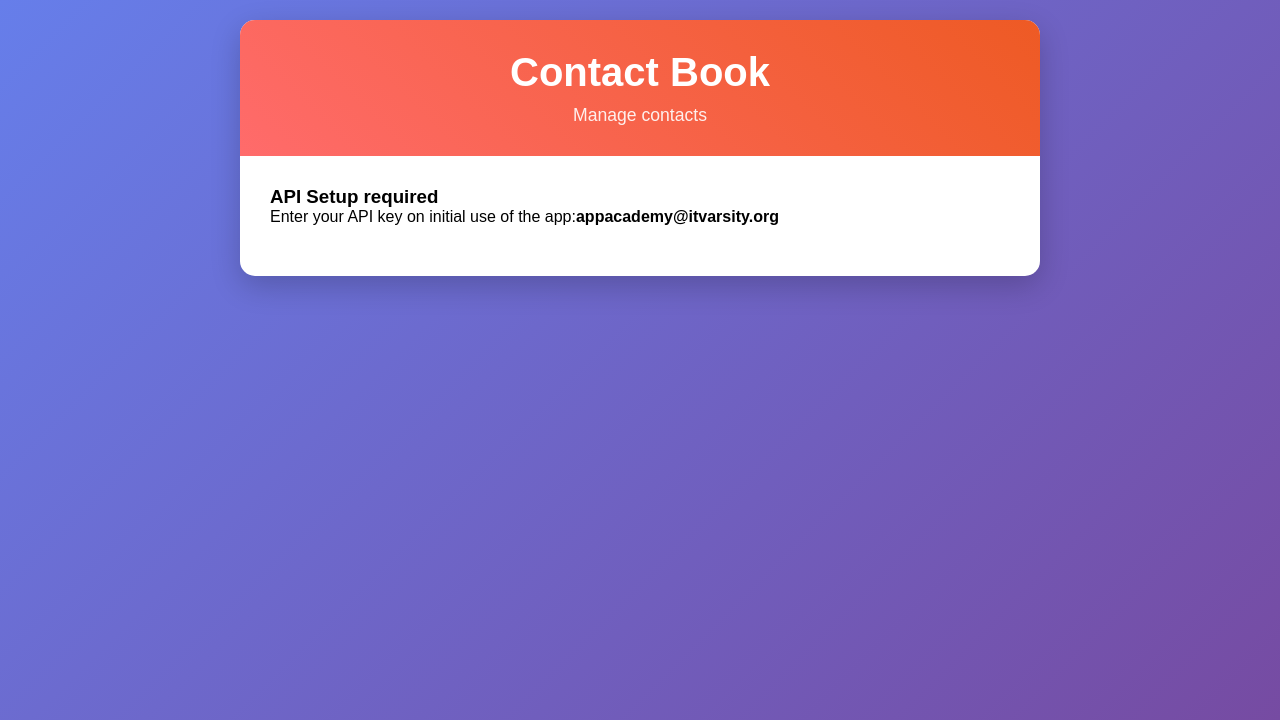
Repository: Mantombi81/Moznana-Contact
Page: index.html
An editor plug-in stored every save of this project. The page is shown before and after a run of saves, followed by the edit.
The browser window is 1280 px wide. The pictures show the whole page.

Above is the page before, as saved 2025-06-11 21:48:30.

### index.html
<!DOCTYPE html>
<html lang="en">
<head>
    <meta charset="UTF-8">
    <meta name="viewport" content="width=device-width, initial-scale=1.0">
    <title>Mozi Contact Book(API's)</title>
    <link rel="stylesheet" href="style.css">
</head>
<body>
    <div class="container">
        <div class="header">
            <h1>Contact Book</h1>
            <p>Manage contacts</p>
        </div>

        <div class="content">
            <!-- API set-up page -->
             <div id="setupPage" class="page active">
             <div class="api-set-up">
                <h3>API Setup required</h3>
                <p>Enter your API key on initial use of the app:<strong>appacademy@itvarsity.org</strong></p>
             </div>
             <div class="form-group">
                <label for="apiKeyInput"></label>
             </div>
             </div>
        </div>

    </div>

</body>
</html>

### style.css
* {
    margin: 0;
    padding: 0;
    box-sizing: border-box;
}

body {
    font-family: Arial, sans-serif;
    background: linear-gradient(135deg, #667eea 0%, #764ba2 100%);
    min-height: 100vh;
    padding: 20px;
}

.container {
    max-width: 800px;
    margin: 0 auto;
    background: white;
    border-radius: 15px;
    box-shadow: 0 10px 30px rgba(0, 0, 0, 0.2);
    overflow: hidden;
}

.header {
    background: linear-gradient(45deg, #ff6b6b, #ee5a24);
    color: white;
    padding: 30px;
    text-align: center;
}

.header h1 {
    font-size: 2.5rem;
    margin-bottom: 10px;
}

.header p {
    font-size: 1.1rem;
    opacity: 0.9;
}

.content {
    padding: 30px;
}

.api-setup {
    background: #f8f9fa;
    border-radius: 10px;
    padding: 20px;
    margin-bottom: 30px;
    border-left: 4px solid #ff6b6b;
}

.api-setup h3 {
    color: #ff6b6b;
    margin-bottom: 15px;
}

.form-group {
    margin-bottom: 20px;
}

.form-group label {
    display: block;
    margin-bottom: 8px;
    font-weight: bold;
    color: #333;
}

.form-group input,
.form-group select {
    width: 100%;
    padding: 12px;
    border: 2px solid #e1e8ed;
    border-radius: 8px;
    font-size: 16px;
    transition: border-color 0.3s ease;
}

.form-group input:focus,
.form-group select:focus {
    outline: none;
    border-color: #ff6b6b;
}

.btn {
    background: linear-gradient(45deg, #ff6b6b, #ee5a24);
    color: white;
    border: none;
    padding: 12px 25px;
    border-radius: 8px;
    cursor: pointer;
    font-size: 16px;
    font-weight: bold;
    margin: 5px;
    transition: transform 0.2s ease, box-shadow 0.2s ease;
}

.btn:hover {
    transform: translateY(-2px);
    box-shadow: 0 5px 15px rgba(255, 107, 107, 0.3);
}

.btn-secondary {
    background: linear-gradient(45deg, #54a0ff, #2e86de);
}

.btn-danger {
    background: linear-gradient(45deg, #ff3838, #ff4757);
}

.btn-success {
    background: linear-gradient(45deg, #1dd1a1, #10ac84);
}

.contacts-grid {
    display: grid;
    grid-template-columns: repeat(auto-fill, minmax(300px, 1fr));
    gap: 20px;
    margin-top: 20px;
}

.contact-card {
    background: white;
    border-radius: 12px;
    padding: 20px;
    box-shadow: 0 4px 15px rgba(0, 0, 0, 0.1);
    border: 1px solid #e1e8ed;
    transition: transform 0.2s ease, box-shadow 0.2s ease;
}

.contact-card:hover {
    transform: translateY(-5px);
    box-shadow: 0 8px 25px rgba(0, 0, 0, 0.15);
}

.contact-avatar {
    width: 60px;
    height: 60px;
    border-radius: 50%;
    margin: 0 auto 15px;
    display: block;
    border: 3px solid #ff6b6b;
}

.contact-name {
    font-size: 1.3rem;
    font-weight: bold;
    text-align: center;
    margin-bottom: 10px;
    color: #333;
}

.contact-details {
    margin-bottom: 15px;
}

.contact-details p {
    margin-bottom: 5px;
    color: #666;
}

.contact-actions {
    text-align: center;
}

.loading {
    text-align: center;
    padding: 40px;
    color: #666;
    font-size: 1.2rem;
}

.error {
    background: #ffe6e6;
    color: #cc0000;
    padding: 15px;
    border-radius: 8px;
    margin: 15px 0;
    border-left: 4px solid #cc0000;
}

.success {
    background: #e6ffe6;
    color: #006600;
    padding: 15px;
    border-radius: 8px;
    margin: 15px 0;
    border-left: 4px solid #006600;
}

.hidden {
    display: none;
}

.page {
    display: none;
}

.page.active {
    display: block;
}

.back-btn {
    margin-bottom: 20px;
}

@media (max-width: 768px) {
    .container {
        margin: 10px;
    }

    .header {
        padding: 20px;
    }

    .header h1 {
        font-size: 2rem;
    }

    .content {
        padding: 20px;
    }

    .contacts-grid {
        grid-template-columns: 1fr;
    }
}

After the next 2 saves:
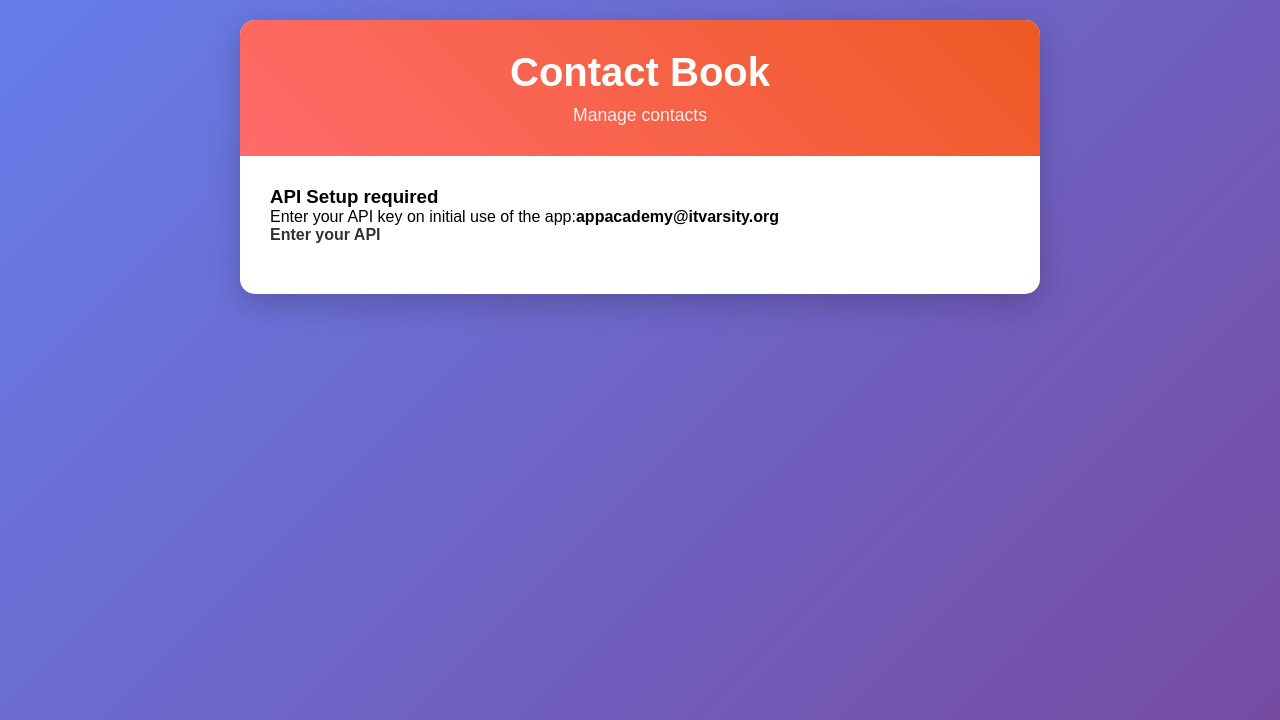
The 2 saves are shown as one change because they came seconds apart.
The last was saved 10 s later.
--- a/index.html
+++ b/index.html
@@ -21,7 +21,7 @@
                 <p>Enter your API key on initial use of the app:<strong>appacademy@itvarsity.org</strong></p>
              </div>
              <div class="form-group">
-                <label for="apiKeyInput"></label>
+                <label for="apiKeyInput">Enter your API</label>
              </div>
              </div>
         </div>
